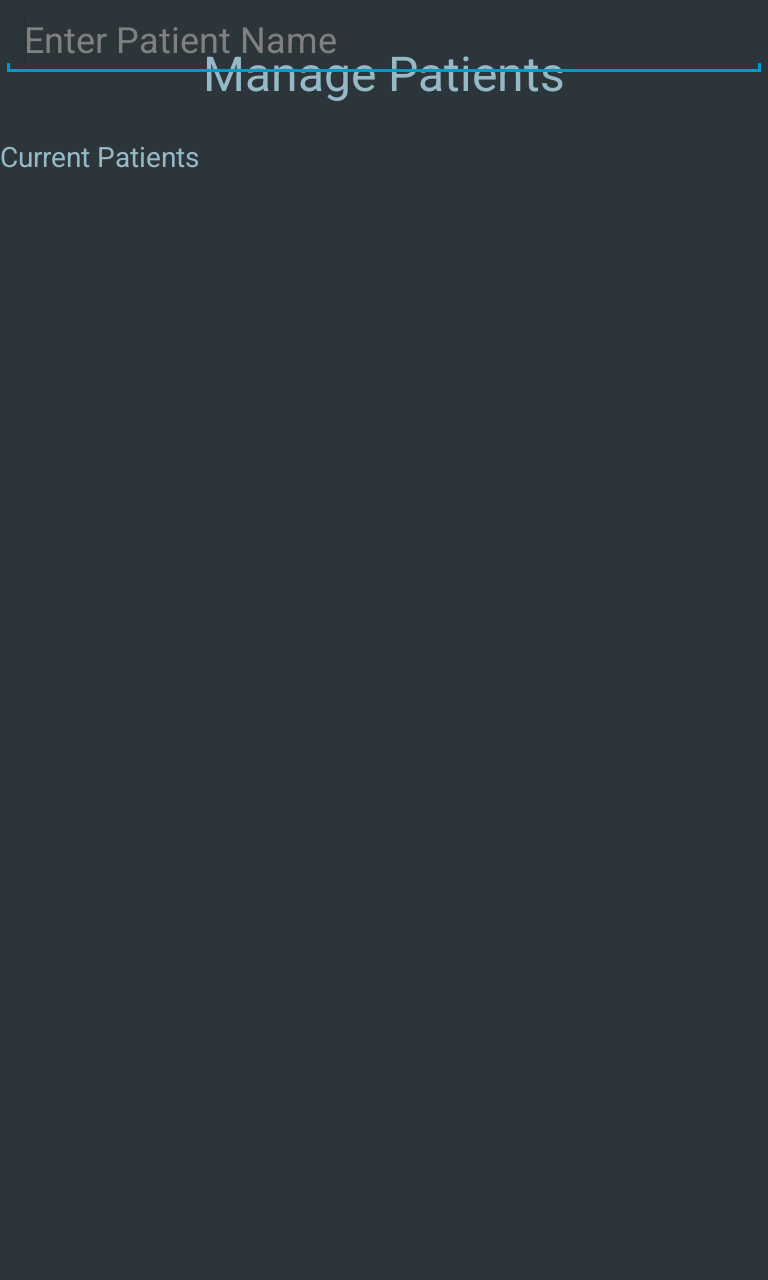
Repository: davidwiggy/MyWeek
Layout: MyWeek/res/layout/manage_clients.xml
An editor plug-in stored every save of this project. The layout is shown before and after the next save, followed by the edit.
It is drawn on a 768 x 1280 px phone screen (xhdpi) without system bars, with theme AppTheme; the app's code is not run. Lists and similar views that code fills are empty.

Above is the layout before, as saved 2013-10-28 21:21:40.

After the next save:
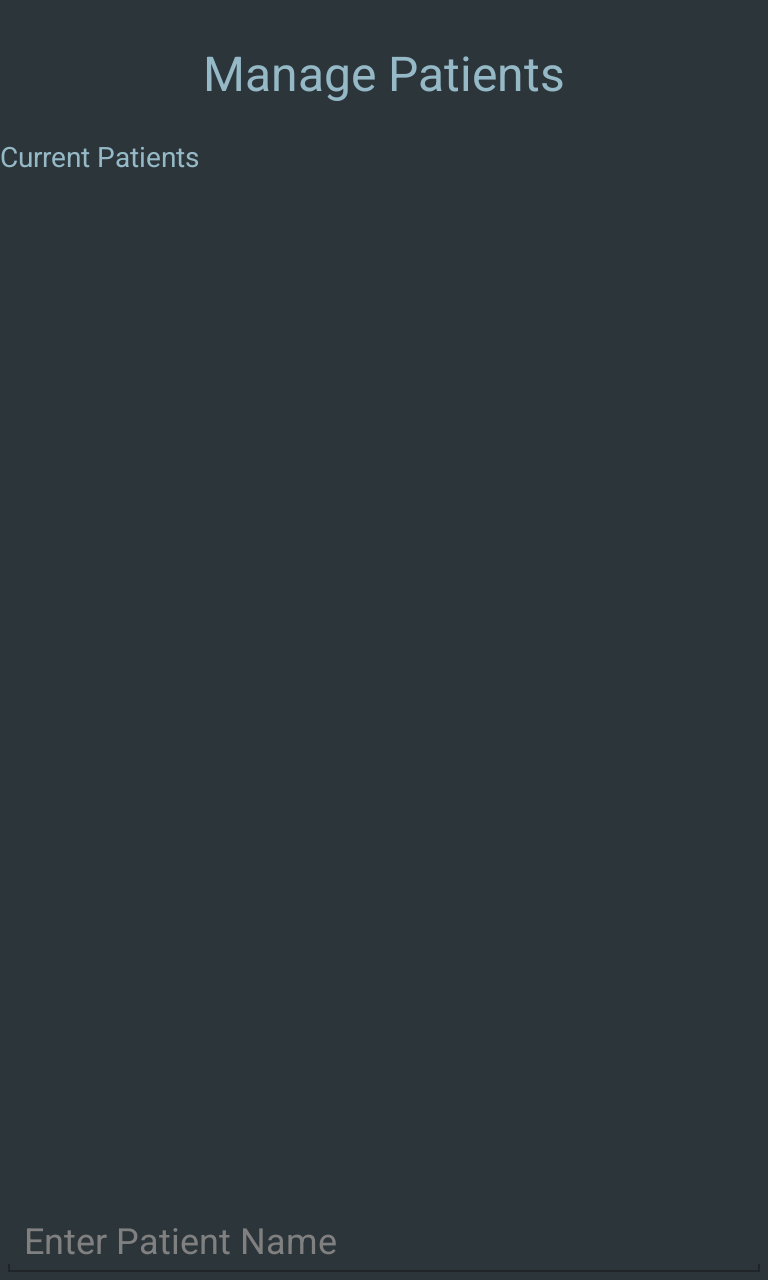
Saved 22 s later.
--- a/MyWeek/res/layout/manage_clients.xml
+++ b/MyWeek/res/layout/manage_clients.xml
@@ -34,12 +34,13 @@
        </ListView>
 
        <EditText
-			android:id="@+id/enter_patient_name"
-			android:layout_height="wrap_content"
-			android:layout_width="match_parent"
-			android:hint="Enter Patient Name"
-			android:inputType="textPersonName">
-			<requestFocus></requestFocus>
-	  </EditText>
+           android:id="@+id/enter_patient_name"
+           android:layout_width="match_parent"
+           android:layout_height="wrap_content"
+           android:layout_alignParentBottom="true"
+           android:layout_alignParentLeft="true"
+           android:ems="10"
+           android:hint="Enter Patient Name"
+           android:inputType="textPersonName" />
 
 </RelativeLayout>
